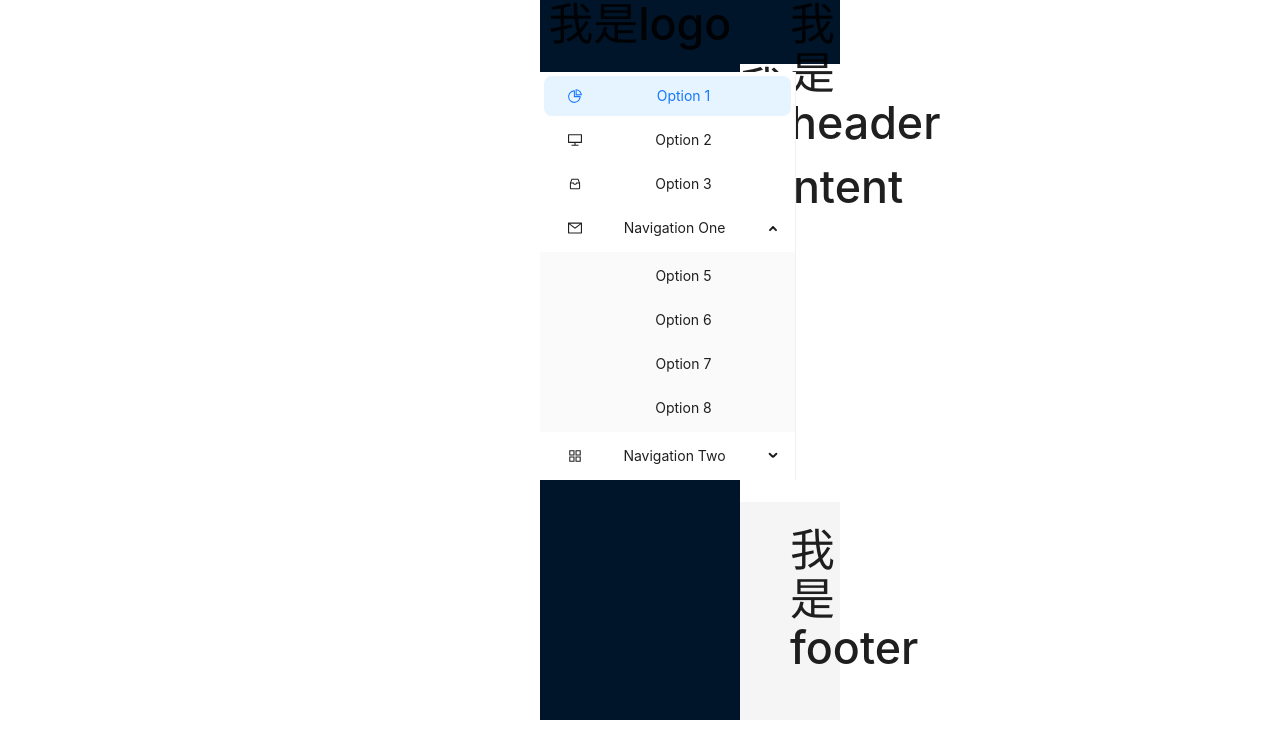
Repository: chenyl8848/chen-tool-collection
Page: /
An editor plug-in stored every save of this project. The page is shown before and after the next save, followed by the edit.
The browser window is 1280 px wide. The pictures show the whole page.
The project was rebuilt for these pictures with package versions that can differ from the ones it lists, and the page was loaded fresh each time. Also part of the build but not shown: vite.config.ts, src/components/HelloWorld.vue.

Above is the page before, as saved 2024-01-09 10:34:18.

### src/main.ts
import { createApp } from 'vue'
import './style.css'

// import Antd from 'ant-design-vue';
import 'ant-design-vue/dist/reset.css';

import App from './App.vue'

const app = createApp(App)

// app.use(Antd)

app.mount('#app')

### src/App.vue
<script setup lang="ts">
import Layout from '@/layout/index.vue';
</script>

<template>
  <div class="layout">
    <Layout></Layout>
  </div>
</template>

<style scoped>
.layout {
  width: 100%;
  height: 100vh;
  display: flex;
}
</style>

### src/layout/index.vue
<script lang="ts" setup>
import Siderbar from '@/layout/siderbar/index.vue'
import Header from '@/layout/header/index.vue'
import Content from '@/layout/content/index.vue'
import Footer from '@/layout/footer/index.vue'
</script>

<template>
    <a-layout>
        <a-layout-sider>
            <Siderbar></Siderbar>
        </a-layout-sider>
        <a-layout>
            <a-layout-header>
                <Header></Header>
            </a-layout-header>
            <a-layout-content>
                <Content></Content>
            </a-layout-content>
            <a-layout-footer>
                <Footer></Footer>
            </a-layout-footer>
    </a-layout>
</a-layout></template>

<style scoped>
</style>

### src/layout/siderbar/index.vue
<script lang="ts" setup>
import Logo from '@/layout/siderbar/logo/index.vue'
import Menu from '@/layout/siderbar/menu/index.vue'
</script>

<template>
  <div class="sidebar">
    <Logo></Logo>
    <Menu class="menu"></Menu>
  </div>
</template>

<style scoped>
.menu {
  background-color: rgb(255, 240, 245);
}
</style>

### src/layout/header/index.vue
<script lang="ts" setup>

</script>

<template>
  <div>
    <h1>我是header</h1>
  </div>
</template>

### src/layout/content/index.vue
<script lang="ts" setup>

</script>

<template>
  <div>
    <h1>我是content</h1>
  </div>
</template>

### src/layout/footer/index.vue
<script lang="ts" setup>

</script>

<template>
  <div>
    <h1>我是footer</h1>
  </div>
</template>

### src/layout/siderbar/logo/index.vue
<script lang="ts" setup>

</script>

<template>
  <div>
    <h1>我是logo</h1>
  </div>
</template>

### src/layout/siderbar/menu/index.vue
<template>
    <div style="width: 256px">
      <a-menu
        v-model:openKeys="state.openKeys"
        v-model:selectedKeys="state.selectedKeys"
        mode="inline"
        :inline-collapsed="state.collapsed"
        :items="items"
      ></a-menu>
    </div>
  </template>
  <script lang="ts" setup>
  import { reactive, watch, h } from 'vue';
  import {
    MenuFoldOutlined,
    MenuUnfoldOutlined,
    PieChartOutlined,
    MailOutlined,
    DesktopOutlined,
    InboxOutlined,
    AppstoreOutlined,
  } from '@ant-design/icons-vue';
  const state = reactive({
    collapsed: false,
    selectedKeys: ['1'],
    openKeys: ['sub1'],
    preOpenKeys: ['sub1'],
  });
  const items = reactive([
    {
      key: '1',
      icon: () => h(PieChartOutlined),
      label: 'Option 1',
      title: 'Option 1',
    },
    {
      key: '2',
      icon: () => h(DesktopOutlined),
      label: 'Option 2',
      title: 'Option 2',
    },
    {
      key: '3',
      icon: () => h(InboxOutlined),
      label: 'Option 3',
      title: 'Option 3',
    },
    {
      key: 'sub1',
      icon: () => h(MailOutlined),
      label: 'Navigation One',
      title: 'Navigation One',
      children: [
        {
          key: '5',
          label: 'Option 5',
          title: 'Option 5',
        },
        {
          key: '6',
          label: 'Option 6',
          title: 'Option 6',
        },
        {
          key: '7',
          label: 'Option 7',
          title: 'Option 7',
        },
        {
          key: '8',
          label: 'Option 8',
          title: 'Option 8',
        },
      ],
    },
    {
      key: 'sub2',
      icon: () => h(AppstoreOutlined),
      label: 'Navigation Two',
      title: 'Navigation Two',
      children: [
        {
          key: '9',
          label: 'Option 9',
          title: 'Option 9',
        },
        {
          key: '10',
          label: 'Option 10',
          title: 'Option 10',
        },
        {
          key: 'sub3',
          label: 'Submenu',
          title: 'Submenu',
          children: [
            {
              key: '11',
              label: 'Option 11',
              title: 'Option 11',
            },
            {
              key: '12',
              label: 'Option 12',
              title: 'Option 12',
            },
          ],
        },
      ],
    },
  ]);
  watch(
    () => state.openKeys,
    (_val, oldVal) => {
      state.preOpenKeys = oldVal;
    },
  );
  const toggleCollapsed = () => {
    state.collapsed = !state.collapsed;
    state.openKeys = state.collapsed ? [] : state.preOpenKeys;
  };
  </script>

Loaded but not shown: index.html (common file); src/style.css (common file)

After the next save:
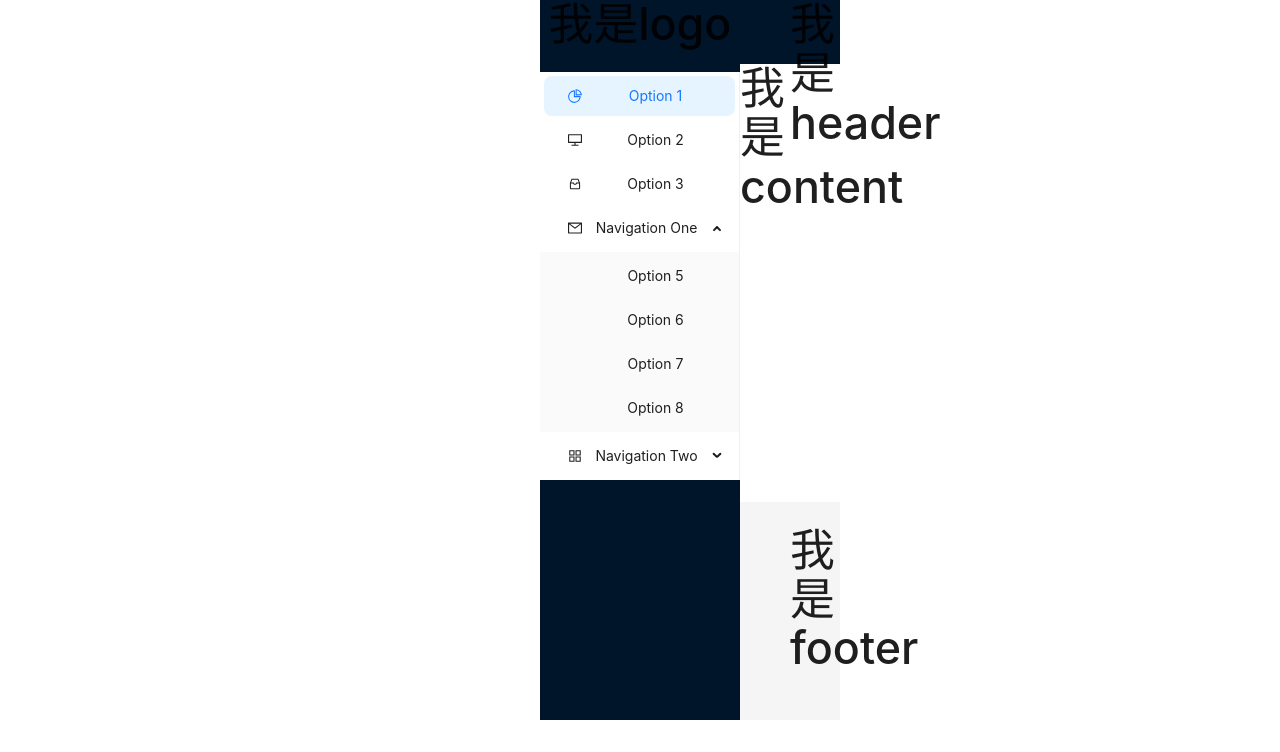
Saved 64 s later.
--- a/src/layout/siderbar/menu/index.vue
+++ b/src/layout/siderbar/menu/index.vue
@@ -1,5 +1,5 @@
 <template>
-    <div style="width: 256px">
+    <div>
       <a-menu
         v-model:openKeys="state.openKeys"
         v-model:selectedKeys="state.selectedKeys"
